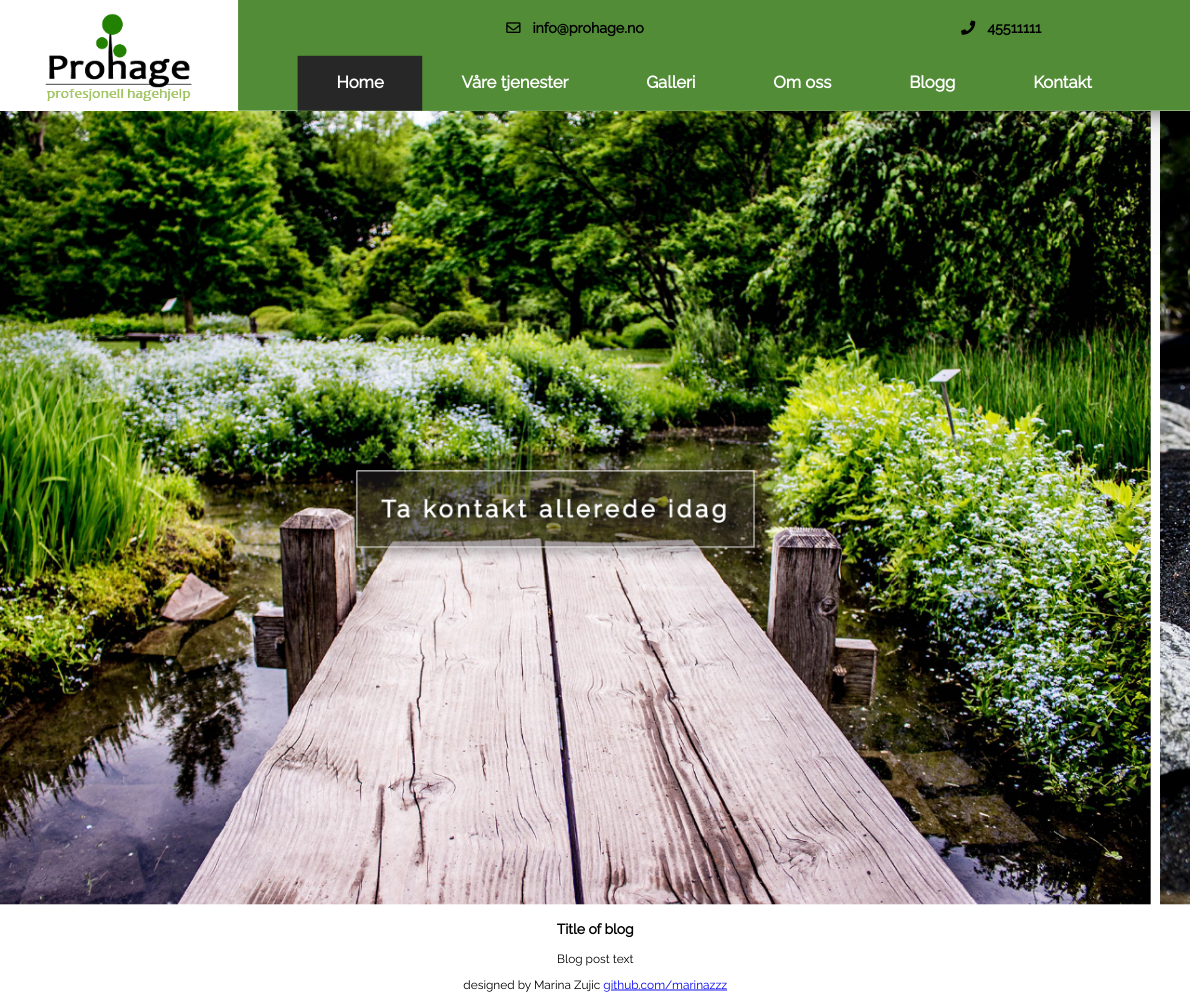
Repository: marinazzz/garden-design-website
Page: index.html
The author's editor kept a copy of each file at every save. The page is drawn from the files as they stood at one save, then again after the next save.
The browser window is 1280 px wide. The pictures show the whole page, at 93% of full size.
The pointer rests on the first visible `.menu__item`.

Above is the page before, as saved 2020-03-30 12:48:52.

### index.html
<!DOCTYPE html>
<html lang="nb">
<head>
    <title>Hagedesign Oslo</title>
    <link rel="stylesheet" type="text/css" href="CSS/fontawesome-free-5.12.1-web/css/all.min.css">
    <link rel="stylesheet" type="text/css" href="CSS/style.css"/>
    <link rel="stylesheet" type="text/css" href="CSS/min-width-768px.css">
    <link rel="stylesheet" type="text/css" href="CSS/min-width-992px.css">
    <link rel="stylesheet" href="https://cdnjs.cloudflare.com/ajax/libs/animate.css/3.7.2/animate.min.css">
    <link rel="stylesheet" type="text/css" href="PLUGINS/glide-master/dist/css/glide.core.min.css" />
    <link rel="stylesheet" type="text/css" href="PLUGINS/glide-master/dist/css/glide.theme.min.css" />
    <link href="https://fonts.googleapis.com/css?family=Raleway&display=swap" rel="stylesheet">
    <meta name="viewport" content="width=device-width, initial-scale=1" charset="UTF-8">
</head>
<body>
    <header class="header--white-green">
        <div class="container__menu--small container__menu "> <!--grid container-->
            <div class="container__logo"> <!--1.column-->
                <img class="logo"src="images/prohage black.png" alt="Prohage logo">
            </div>
            <div class="container__items--small container__items"> <!--2.column-->
                <div class="container__item"> <!--1.row-->
                     <a href="mailto:info@prohage.no"
                         class ="container__item-txt"><i class="far fa-envelope"></i>info@prohage.no</a>
                     <a href="tlf:45511111"
                         class="container__item-txt"><i class="fas fa-phone"></i>45511111</a>
                </div>
               <div class="container__item-bottom"> <!--2.row-->
                   <button class="menu__toggle">
                       <i class="fas fa-bars"></i>
                   </button>
                   <nav id="menu">
                        <ul class="menu__list">
                            <li class="menu__item">
                                <a class="menu__link" href="home">Home</a>
                            </li>
                            <li class="menu__item">
                                <a class="menu__link" href="#services">Våre tjenester</a>
                            </li>
                            <li class="menu__item">
                                <a class="menu__link" href="#gallery">Galleri</a>
                            </li>
                            <li class="menu__item">
                                <a class="menu__link" href="#about">Om oss</a>
                            </li>
                            <li class="menu__item">
                                <a class="menu__link" href="#blog">Blogg</a>
                            </li>
                            <li class="menu__item">
                                <a class="menu__link" href="kontakt">Kontakt</a>
                            </li>
                       </ul>
                   </nav>
               </div>
            </div>
        </div>
        <section id="main-photo">
            <div class="glide">
                <div class="glide__track"
                     data-glide-el="track">
                    <ul class="glide__slides">
                        <li class="glide__slide">
                            <img class="main-photo__item"
                                 srcset="images/daylight-environment-garden-2000.jpg 2000w,
                                         images/daylight-environment-garden-1000.jpg 1000w"
                                 sizes="(min-width: 1440px) 2000px, 100vw"
                                 src="images/daylight-environment-garden-2000.jpg" alt="Garden and plants" />
                                 <h1 class="main-photo__title">Profesjonell hagehjelp</h1>
                        </li>
                        <li class="glide__slide">
                            <img class="main-photo__item"
                                 srcset="images/main-header-photo-2000.jpg 2000w,
                                          images/main-header-photo-1000.jpg 1000w"
                                 sizes="(min-width: 1440px) 2000px, 100vw"
                                 src="images/main-header-photo-2000.jpg" alt="Garden and plants" />
                                 <h1 class="main-photo__title">Ta kontakt allerede idag</h1>
                                </li>
                        <li class="glide__slide">
                            <img class="main-photo__item"
                                 srcset="images/header-photo-2000.jpg 2000w,
                                         images/header-photo-1000.jpg 1000w"
                                 sizes="(min-width: 1440px) 2000px, 100vw"
                                 src="images/header-photo-2000.jpg" alt="Garden designed by proffesional" />
                                 <h1 class="main-photo__title">Rådgiving og tipser</h1>
                        </li>
                        <li class="glide__slide">
                            <img class="main-photo__item"
                                 srcset="images/bloom-blooming-blur-2000.jpg 2000w,
                                         images/bloom-blooming-blur-1000.jpg 1000w"
                                 sizes="(min-width: 1440px) 2000px, 100vw"
                                 src="images/bloom-blooming-blur-2000.jpg" alt="Garden designed by proffesional" />
                                 <h1 class="main-photo__title">Følg vår hageblogg</h1>
                        </li>
                    </ul>
                </div>
                <!--<div class="glide__arrows"
                         data-glide-el="controls">
                        <button class="glide__arrow glide__arrow--left"
                                data-glide-dir="<">
                            <i class="fas fa-chevron-circle-left"></i>
                        </button>
                        <button class="glide__arrow glide__arrow--right"
                                data-glide-dir=">">
                            <i class="fas fa-chevron-circle-right"></i>
                        </button>
                    </div>-->
            </div>

            <!--<img class="main-photo__item1"
                 srcset="images/architecture-clouds-daylight-2000.jpg 2000w,
                         images/architecture-clouds-daylight-1000.jpg 1000w"
                 sizes="(min-width: 1440px) 2000px, 100vw"
                 src="images/architecture-clouds-daylight-2000.jpg" alt="Garden">
            <img class="main-photo__item2"
                 srcset="images/header-photo-2000.jpg 2000w,
                         images/header-photo-1000.jpg 1000w"
                 sizes="(min-width: 1440px) 2000px, 100vw"
                 src="images/header-photo-2000.jpg" alt="Garden designed by proffesional" >
            <img class="main-photo__item3"
                 srcset="images/main-header-photo-2000.jpg 2000w,
                         images/main-header-photo-1000.jpg 1000w"
                 sizes="(min-width: 1440px) 2000px, 100vw"
                 src="images/main-header-photo-2000.jpg" alt="Garden and plants" >
            <h1 class="main-photo__title">Profesjonell hagehjelp</h1>-->
        </section>
     </header>
     <main>
         <section id="services">

         </section>
         <section id="gallery">

        </section>
         <article id="blog-posts">
             <h3>Title of blog</h2>
             <p>Blog post text</p>
         </article>
         <section id="about oss">

        </section>
     </main>
     <footer>
	     <p>designed by Marina Zujic
		     <a href="https://github.com/marinazzz">github.com/marinazzz</a>
	     </p>
     </footer>
     <script src="PLUGINS/glide-master/dist/glide.min.js"></script>
     <script>
        new Glide('.glide', {
            type: 'carousel',
            autoplay: true,
            hoverpause: false,
            perView: 1,
            direction: 'rtl',
            animationDuration: 10000
        }).mount()
      </script>
     <script src="JS/js-app.js"></script>
</body>
</html>

### CSS/style.css
html {
  font-size: 62.5%;
}

body {
  margin: 0;
  padding: 0;
  text-align: center;
  box-sizing: border-box;
  font-family: 'Raleway', sans-serif;
}

       /*__ HEADER__ */

/*color styles*/
.header--white-green {
  --header-bg-color: #528C36;
  --header-link-color: black;
  --header-menu-link: #fff;
  --header-toggle-color: #528C36;
}

/*main style*/
.container__menu--small {
  display: flex;
  justify-content: space-around;
  box-shadow: 0 0 2rem 0 rgba(0, 0, 0, 0.24), 0 0 30rem 0 rgba(0, 0, 0, 0.2);
}

.logo {
  max-height: 8rem;
  background: white;
}

.container__items--small {
  display: grid;
  grid-template-rows: 1fr 1fr;
  align-content: flex-end;
  width: 250px;
}

.container__item {
  align-self: center;
}

.container__item,
.container__item-bottom {
  text-align: end;
}

.container__item-txt {
  color: var(--header-link-color);
  text-decoration: none;
  font-size: 1.2rem;
}

.container__item > a:first-of-type {
  padding-right: 1.6rem;
}

.container__item-bottom > nav {
  text-align: center;
}

.menu__toggle {
  color: var(--header-bg-color);
  box-sizing: border-box;
  border: none;
  background-color: transparent;
  outline: none;
  font-size: 3rem;
  line-height: 0;
  padding: 0.5rem;
  color: var(--header-toggle-color);
  position: relative;
  z-index: 100;
}

.fa-phone,
.fa-envelope {
  margin-right: 1rem;
}


/* MENU */

#menu {
  display: none;
  position: absolute;
  top: auto;
  left: 0;
  width: 100%;
  padding-top: 1rem;
  background-color: var(--header-bg-color);
  z-index: 20;
}

.menu__list {
  padding: 0;
  margin: 0;
  display: flex;
  flex-direction: column;
}

.menu__item {
  display: block;
  margin-bottom: 1rem;
}

.menu__link {
  color: var(--header-menu-link);
  text-decoration: none;
  font-size: 1.4rem;
}

#menu.menu-opened {
  display: block;
}


/*FOR SMALL DEVICES*/

@media screen and (max-width: 420px) {

  .logo {
    max-height: 7rem;
  }

  .container__items--small {
    width: auto;
    align-self: center;
  }

  .container__item > a:first-of-type {
    padding-right: 1.3rem;
  }

  .container__item {
    text-align: center;
  }

  .fa-phone, .fa-envelope {
    margin-right: 0.3rem;
  }
}

/* MAIN PICTURE */

#main-photo {
  width: 100%;
}

.main-photo__title {
  position: absolute;
  color: white;
  background-color:#524a4a3b;
  border: 0.1rem solid white;
  filter: drop-shadow(2px 4px 6px black);
  padding: 2rem;
  margin: 0 auto;
  font-size: 1.5rem;
  letter-spacing: 0.2rem;
  top: 50%;
  left: 50%;
  transform: translate(-50%, -50%);
}



/* GLIDE SLIDER CSS OVERRIDES */

.glide__slides {
  margin: 0;
}

.glide__slide {
  position: relative;
}

/*#main-photo .glide__arrow  {
  font-size: 4rem;
  padding: 0;
  border-color: transparent;
  box-shadow: none;
  border-radius: 50%;
  line-height: 0;
  transition: all 200ms ease-in-out;
}

#main-photo .glide__arrow:hover {
  border-color: #252525;
  color: #252525;
}*/



/*#main-photo {
  position: relative;
}

.main-photo__item {
   width: 100%;
}

.main-photo__title {
  position: absolute;
  bottom: 1rem;
  left: 20rem;
  font-size: 2rem;
}*/



/*1. COLOR OPTION*/
/* CSS variables*/
/* :root {
  --header-bg-color: #4daa57;
  --header-top-bg-color: #252525;
  --header-toggle-color: #fff;
}*/

/*.top-header__item {
  color: var(--header-link-color);
  text-decoration: none;
  font-size: 1.4rem;
}*/


/*------MAIN----------*/

### CSS/min-width-768px.css
@media screen and (min-width: 768px) {

  html {
    font-size: 70%;
  }

   /* HEADER */


   .container__menu,
   .container__items {
    display: grid;
   }

   .container__menu {
    grid-template-columns: 2fr 80%;
    box-shadow: 0 0 2rem 0 rgba(0, 0, 0, 0.62), 0 0 30rem 0 rgba(0, 0, 0, 0.19);
  }

  .container__items {
    grid-template-rows: 1fr 1fr;
    background: var(--header-bg-color);
    width: auto;
  }

  .container__item,
  .container__item-bottom {
    display: flex;
  }

  .container__item {
    align-self: center;
    justify-content: space-around;
    /*padding-left: 23rem;*/
  }

  .container__item-bottom {
    align-items: center;
  }

  .menu__toggle {
    display: none;
  }

  /* NAVIGATION */

  #menu,
  .menu-opened .menu__item .menu__link {
    display: block;
  }

  #menu {
    position: static;
    padding: 0;
    top: 0;
  }

  #menu,
  .menu_list {
    height: 100%;
  }

  .menu__list {
    height: 100%;
    flex-direction: row;
    justify-content: center;
    align-items: center;
  }

  .menu__item {
    height: 100%;
    display: block;
    flex-grow: 1;
    margin: 0;
    line-height: 4.5rem;
  }

  .menu__item:hover {
    background-color:#272727;
  }

  .menu__link:active {
    color:black;
  }

  .menu__link,
  .container__item-txt {
    font-weight: bold;
  }

  /* color styles */

  :root {
    /*header*/
    --header-bg-color:#528C36;
    --link-color: #FCFDF9;
  }

  /* MAIN PHOTO */

  .main-photo__title {
    font-size: 2rem;
    letter-spacing: 0.3rem;
}

}

### CSS/min-width-992px.css
@media screen and (min-width: 992px) {
    html {
        font-size: 80%;
    }

   /* HEADER */

    .logo {
        max-height: 9rem;
    }

    .container__item {
        padding-left: 10rem;
    }

    .container__item-bottom {
        padding: 0 5rem;
    }
}

@media screen and (min-width: 1440px) {

    /* HEADER */

    .container__item {
        padding-left: 22rem;
    }

    /* MAIN PHOTO */

    .main-photo__title {
        font-size: 3rem;
        letter-spacing: 0.5rem;
    }
}

@media screen and (min-width: 2560px) {

    .logo {
        max-height: 12rem;
    }

    .container__item {
        justify-self: center;
    }

    .container__item > a:first-of-type {
        padding: 0 13rem;
    }

    .container__item-bottom {
        padding: 0 40rem;
    }
}

Loaded but not shown: CSS/fontawesome-free-5.12.1-web/css/all.min.css (library); PLUGINS/glide-master/dist/css/glide.core.min.css (common file); PLUGINS/glide-master/dist/css/glide.theme.min.css (common file); PLUGINS/glide-master/dist/glide.min.js (library); JS/js-app.js (no copy from this time; the picture is the same without it)

After the next save:
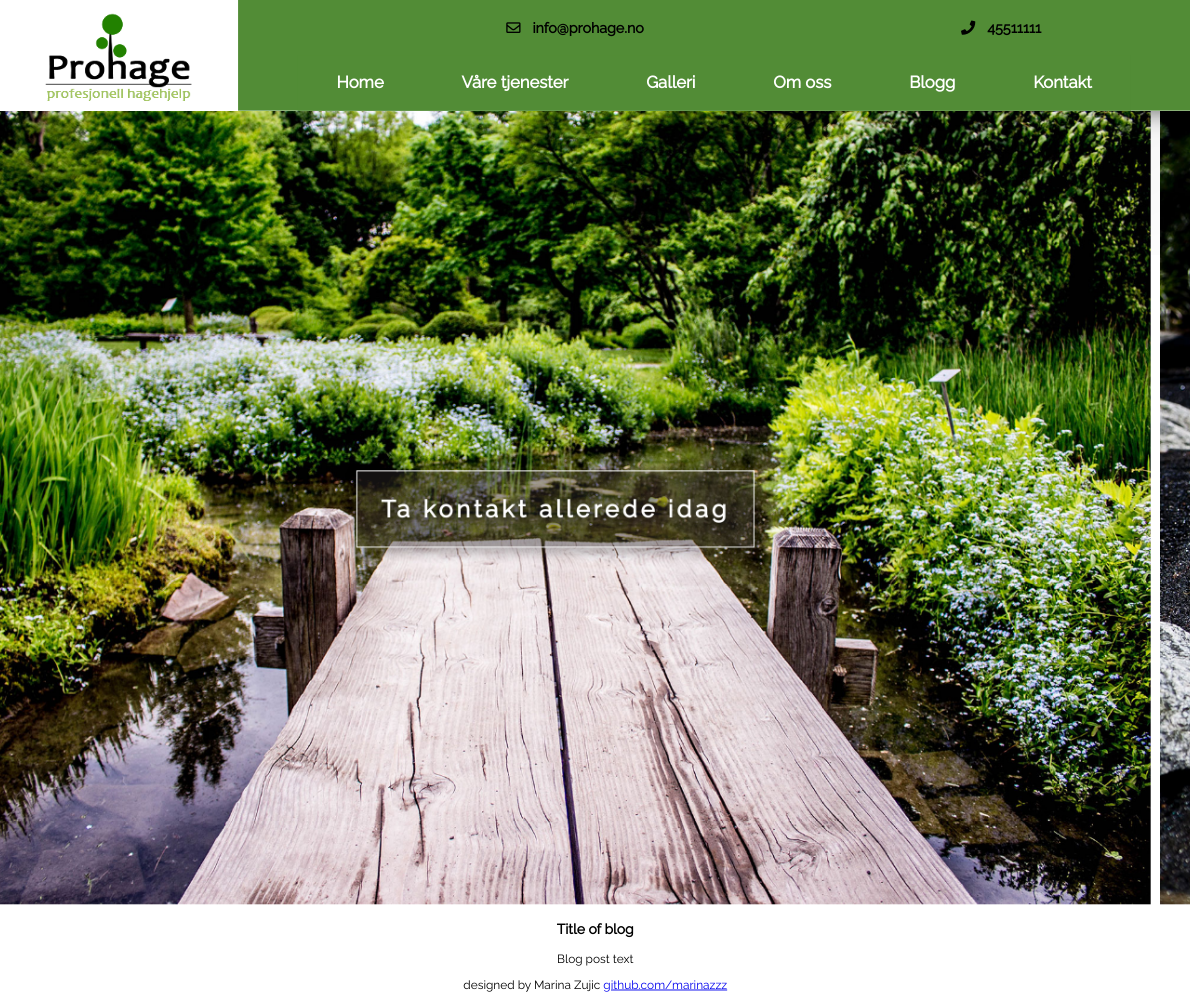
Saved 4 min 23 s later.
--- a/CSS/min-width-768px.css
+++ b/CSS/min-width-768px.css
@@ -76,7 +76,7 @@
   }
 
   .menu__item:hover {
-    background-color:#272727;
+    color:#272727;
   }
 
   .menu__link:active {

After the 3 saves that followed:
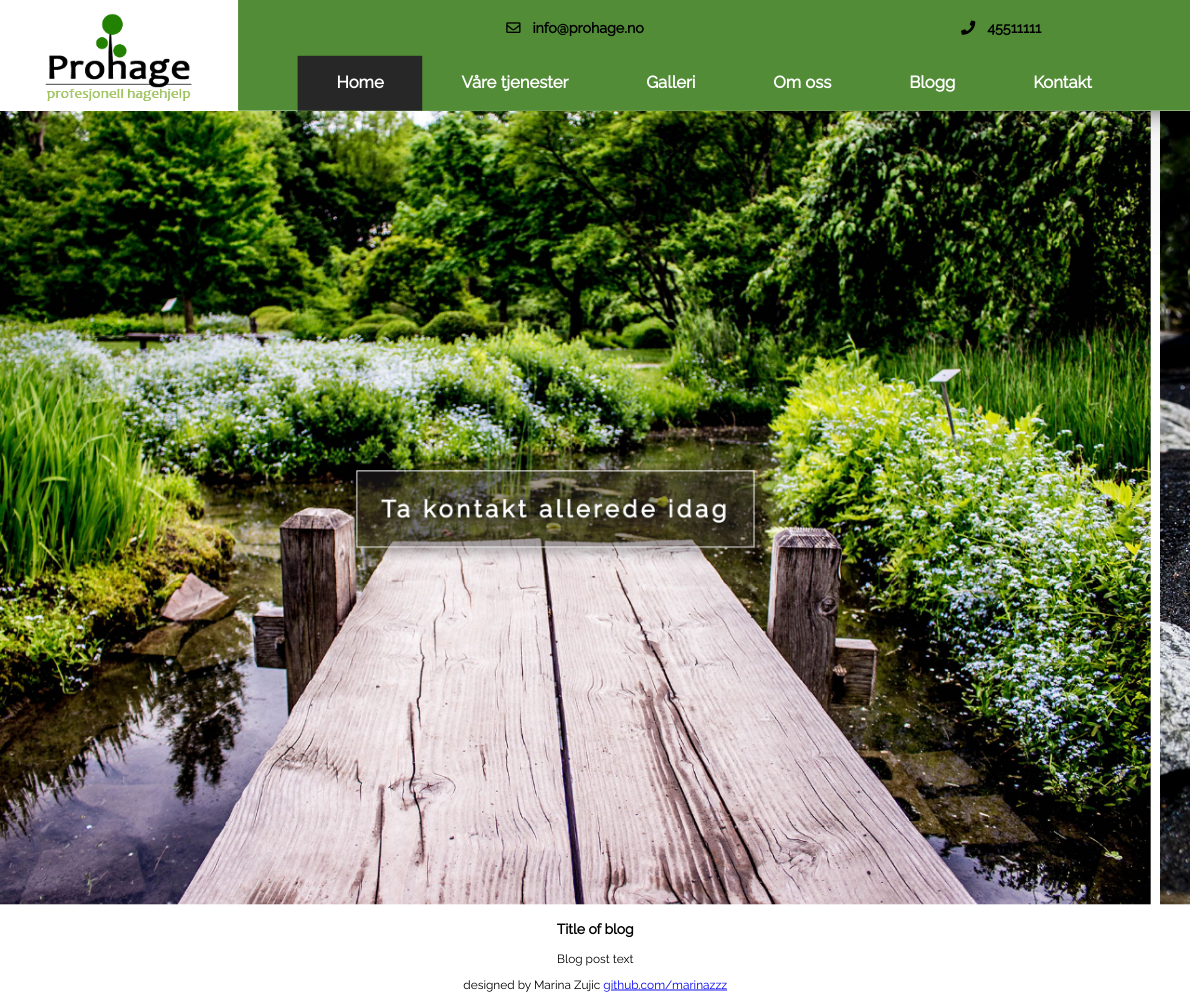
The 3 saves are shown as one change because 2 left the picture as it was.
The last was saved 75 s later.
--- a/CSS/min-width-768px.css
+++ b/CSS/min-width-768px.css
@@ -76,7 +76,7 @@
   }
 
   .menu__item:hover {
-    color:#272727;
+    background-color:#272727;
   }
 
   .menu__link:active {
